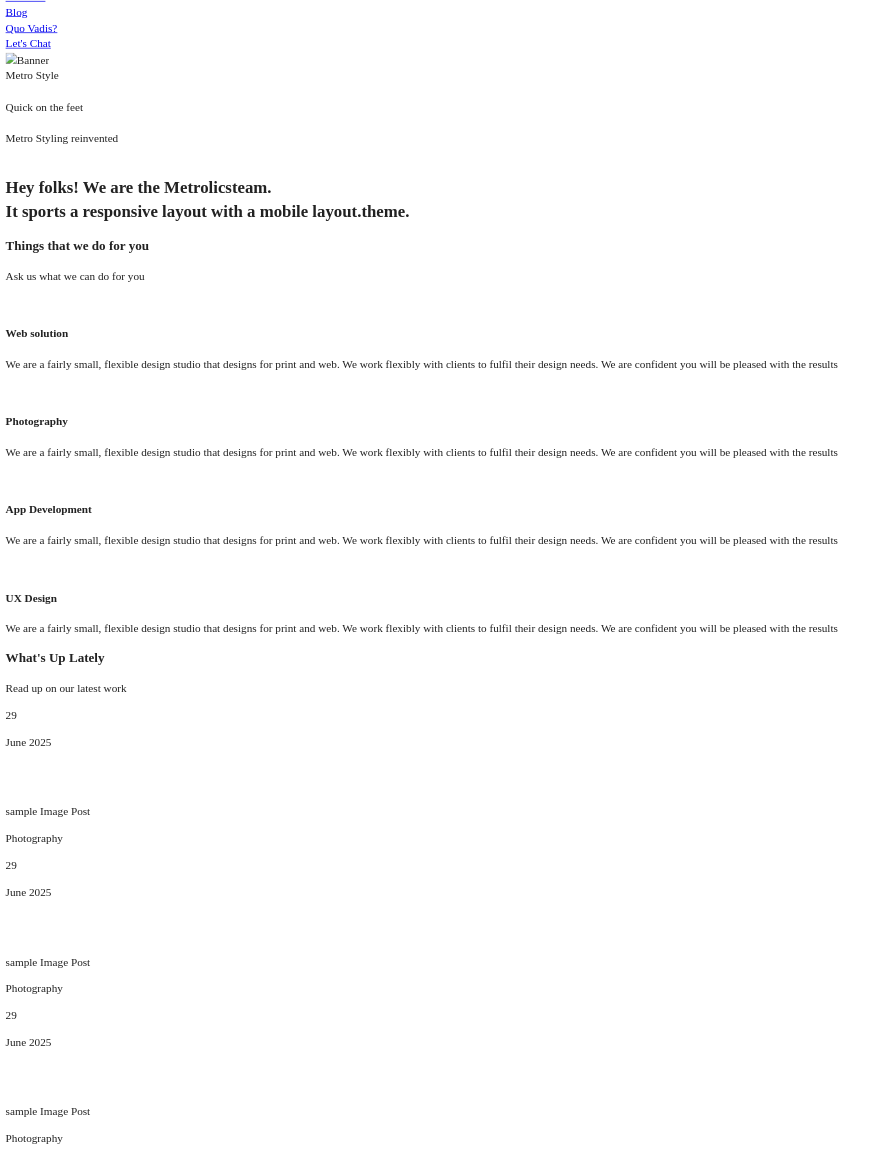
Repository: BonnieWan1214/w2
Page: index.html
The author's editor kept a copy of each file at every save. The page is drawn from the files as they stood at one save, then again after the next save.
The browser window is 1280 px wide. The pictures show the part of the page from y = 426 to 2346 px (the page is 2080 px tall before and 2346 px after), at 70% of full size.
A picture or video elsewhere on the page could not be fetched, so the positions and the page height are approximate.

Above is the page before, as saved 2025-01-24 09:43:56.
Not found: Banner1_image.jpg

After the next save:
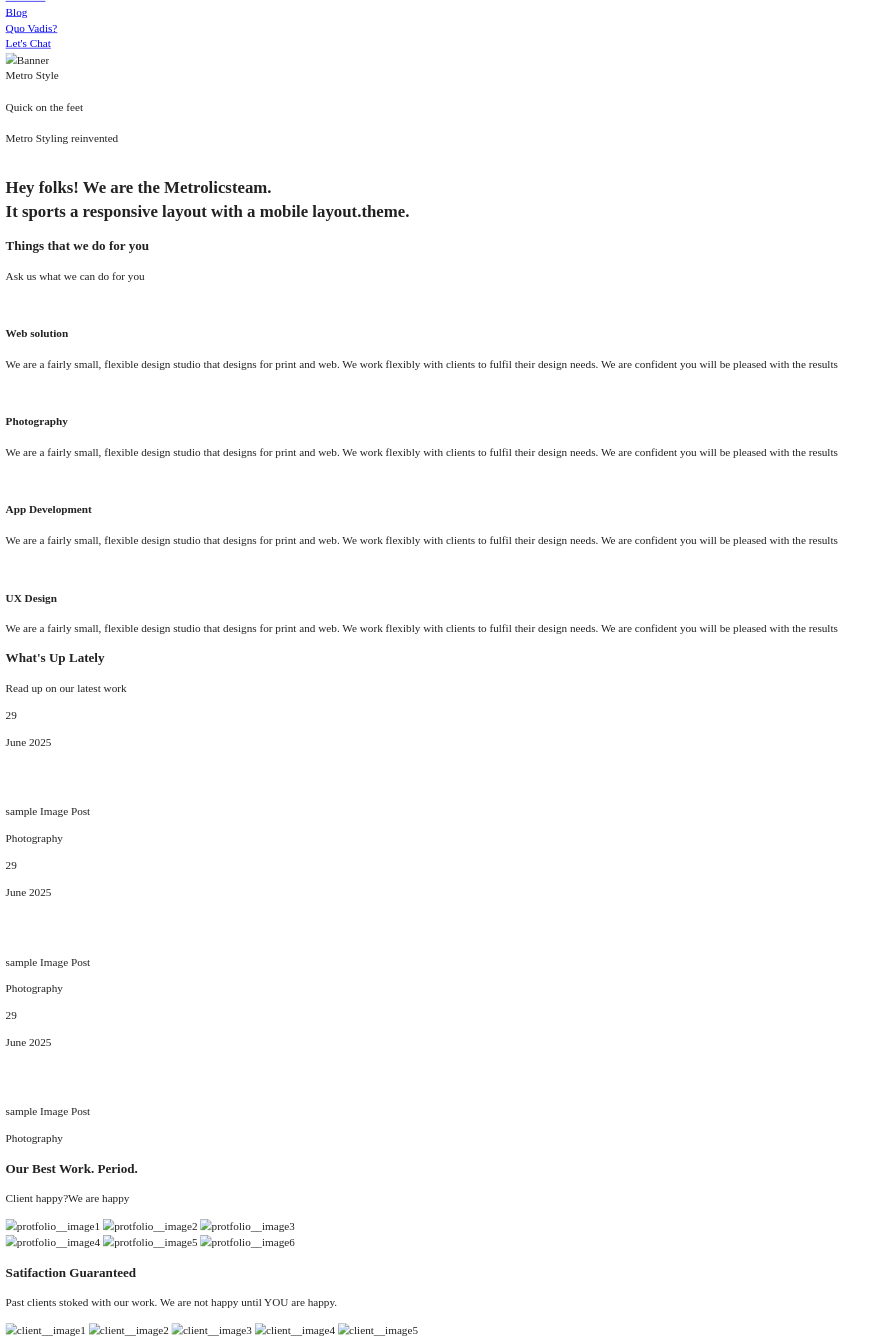
Saved 3 min 43 s later.
--- a/index.html
+++ b/index.html
@@ -115,3 +115,28 @@
                     </div>
                 </article>
         </section>
+
+<!-- SECTION_PROTFOLIO -->
+<section class="section">
+  <h3 class="section__title">Our Best Work. Period.</h3>
+  <p class="section__subtitle">Client happy?We are happy</p>
+  <div class="section_protfolio">
+      <img class="section_protfolio__image" src="" alt="protfolio__image1">
+      <img class="section_protfolio__image" src="" alt="protfolio__image2">
+      <img class="section_protfolio__image" src="" alt="protfolio__image3"><br>
+      <img class="section_protfolio__image" src="" alt="protfolio__image4">
+      <img class="section_protfolio__image" src="" alt="protfolio__image5">
+      <img class="section_protfolio__image" src="" alt="protfolio__image6">
+  </div>
+<!-- SECTION_CLIENT -->
+<section class="section">
+  <h3 class="section__title">Satifaction Guaranteed</h3>
+  <p class="section__subtitle">Past clients stoked with our work. We are not happy until YOU are happy.</p>
+  <div class="section_client">
+      <img class="section_client__image" src="" alt="client__image1">
+      <img class="section_client__image" src="" alt="client__image2">
+      <img class="section_client__image" src="" alt="client__image3">
+      <img class="section_client__image" src="" alt="client__image4">
+      <img class="section_client__image" src="" alt="client__image5">
+  </div>
+</main>
